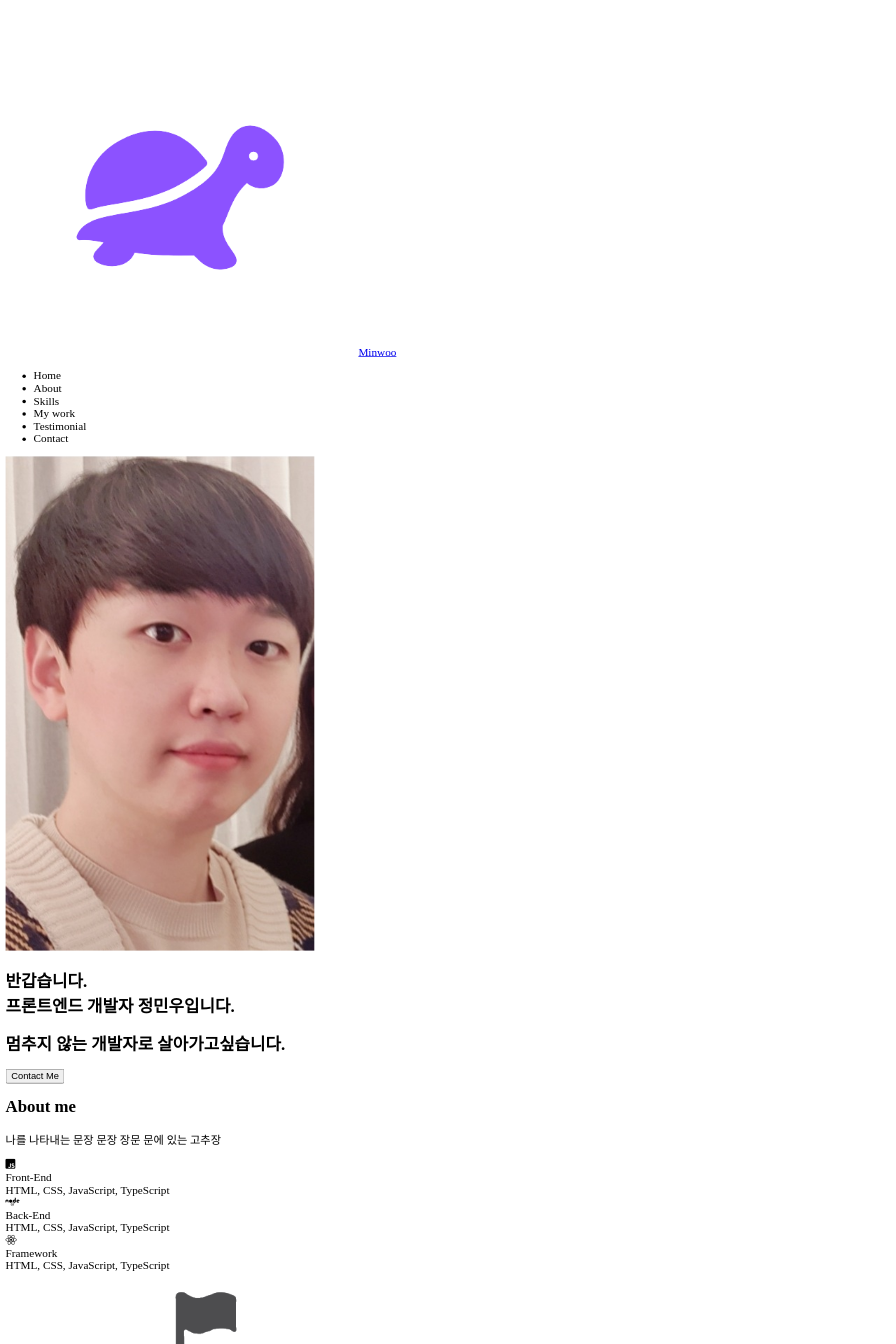
Repository: DevMinwoo-Jung/MinwooPortfolio
Page: index.html
These files come from the project's save history. The page is drawn as it stood at one moment and after the next save; the edit follows.
The browser window is 1280 px wide. The pictures show the part of the page from y = 0 to 1920 px (the page is 7032 px tall before and 7226 px after), at 70% of full size.

Above is the page before, as saved 2021-05-31 13:46:33.

After the next save:
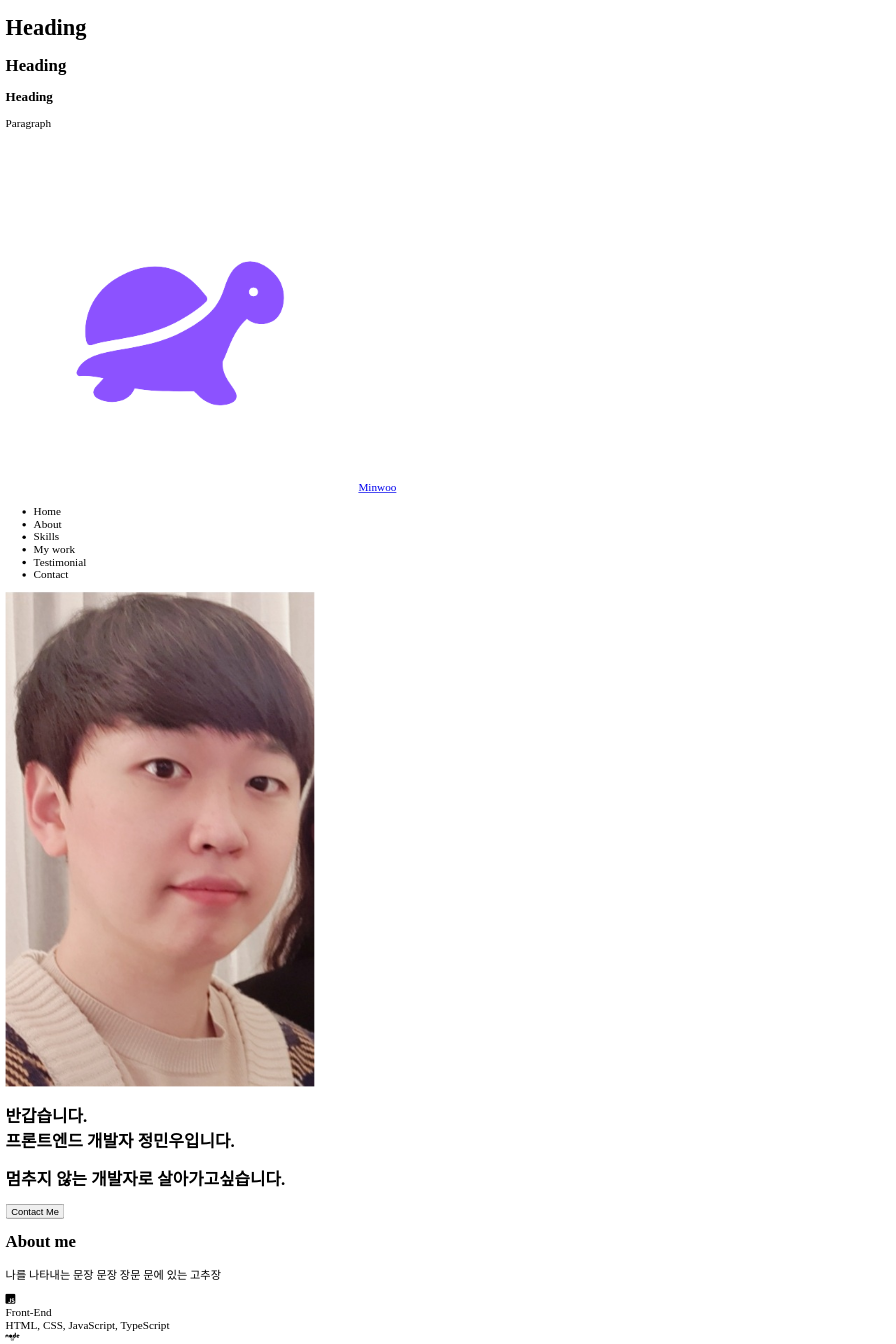
Saved 3 min 5 s later.
--- a/index.html
+++ b/index.html
@@ -15,6 +15,10 @@
 <script src="main.js" defer></script>
 </head>
 <body>
+  <h1>Heading</h1>
+  <h2>Heading</h2>
+  <h3>Heading</h3>
+  <p>Paragraph</p>
   <!-- Navbar -->
   <nav id="navbar">
     <div class="navbar__logo">
